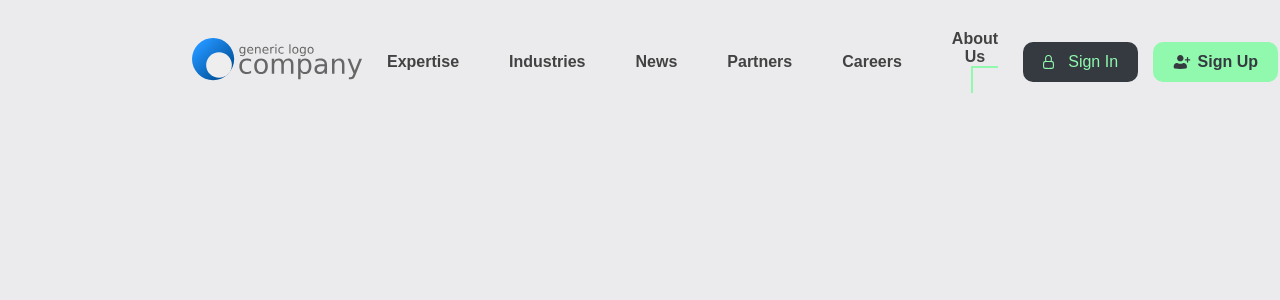
Repository: Andriy-Ma/widgetTask
Page: /
The author's editor kept a copy of each file at every save. The page is drawn from the files as they stood at one save, then again after the next save.
The browser window is 1280 px wide. The pictures show the whole page.
Some web fonts or font styles are not loaded; a fallback is used. The project was rebuilt for these pictures with package versions that can differ from the ones it lists, and the page was loaded fresh each time.

Above is the page before, as saved 2022-08-29 18:10:22.

### public/index.html
<!DOCTYPE html>
<html lang="en">
  <head>
    <meta charset="utf-8" />
    <link rel="icon" href="%PUBLIC_URL%/favicon.ico" />
    <link rel="stylesheet" href="https://use.typekit.net/clw7fgu.css">
    <meta name="viewport" content="width=device-width, initial-scale=1" />
    <meta name="theme-color" content="#000000" />
    <meta
      name="description"
      content="Web site created using create-react-app"
    />
    <link rel="apple-touch-icon" href="%PUBLIC_URL%/logo192.png" />
    <!--
      manifest.json provides metadata used when your web app is installed on a
      user's mobile device or desktop. See https://developers.google.com/web/fundamentals/web-app-manifest/
    -->
    <link rel="manifest" href="%PUBLIC_URL%/manifest.json" />
    <!--
      Notice the use of %PUBLIC_URL% in the tags above.
      It will be replaced with the URL of the `public` folder during the build.
      Only files inside the `public` folder can be referenced from the HTML.

      Unlike "/favicon.ico" or "favicon.ico", "%PUBLIC_URL%/favicon.ico" will
      work correctly both with client-side routing and a non-root public URL.
      Learn how to configure a non-root public URL by running `npm run build`.
    -->
    <title>React App</title>
  </head>
  <body>
    <noscript>You need to enable JavaScript to run this app.</noscript>
    <div id="root"></div>
    <!--
      This HTML file is a template.
      If you open it directly in the browser, you will see an empty page.

      You can add webfonts, meta tags, or analytics to this file.
      The build step will place the bundled scripts into the <body> tag.

      To begin the development, run `npm start` or `yarn start`.
      To create a production bundle, use `npm run build` or `yarn build`.
    -->
  </body>
</html>

### src/index.css
* {
  box-sizing: border-box;
  margin: 0;
  padding: 0;
}
body {
  font-family: 'Poppins', sans-serif;
  background-color: #ebebed;
  -webkit-font-smoothing: antialiased;
  -moz-osx-font-smoothing: grayscale;
}

### src/App.js
import React from 'react';
import styles from './App.module.css';
import Header from './components/Header/header';

function App() {
  return (
    <div className={styles.container}>
      <Header/>
    </div>
  );
}

export default App;

### src/App.module.css
.container {
    display: block;
    align-items: center;
    justify-content: center;
    padding-left: 15%;
    padding-right: 15%;
}

### src/components/Header/header.jsx
import React from 'react';
import Icon from './logo-generic';
import {ReactComponent as Lock} from './lock.svg';
import {ReactComponent as SignUp} from './signup.svg';
import styles from './header.module.css';

function Header() {
  return (
    <div className={styles.header}>
        <div className={styles.logo}>
          <a href="#home">
            <Icon/>
          </a>
        </div>
        <div className={styles.middleOfHeader}>
          <a href="#expertise">Expertise</a>
          <a href="#industries">Industries</a>
          <a href="#news">News</a>
          <a href="#partners">Partners</a>
          <a href="#careers">Careers</a>
          <a href="#aboutus" className={styles.aboutUs}>About Us</a>
        </div>
        <div className={styles.buttonsHeader}>
          <div className={styles.signin}>
            <Lock/>
            <p>Sign In</p>
          </div>
          <div className={styles.signup}>
            <SignUp/>
            <p>Sign Up</p>
          </div>
        </div>
    </div>
  )
}

export default Header;

### src/components/Header/logo-generic.jsx
import React from "react";

function Icon() {
  return (
    <svg
      xmlns="http://www.w3.org/2000/svg"
      version="1.1"
      viewBox="0 0 1425.8 353.74"
    >
      <defs>
        <linearGradient
          id="linearGradient5311"
          x1="-467.57"
          x2="-469.87"
          y1="-68.973"
          y2="488.43"
          gradientUnits="userSpaceOnUse"
        >
          <stop offset="0" stopColor="#2294fe"></stop>
          <stop offset="1" stopColor="#014f96"></stop>
        </linearGradient>
      </defs>
      <g transform="translate(364.43 8.482)">
        <g>
          <g fill="#666" transform="translate(-14.426 -21.336)">
            <path d="M145.49 192.37v19.095c-5.773-3.182-11.583-5.55-17.43-7.105a64.331 64.331 0 00-17.541-2.443c-13.248 0-23.536 4.22-30.863 12.657-7.327 8.363-10.991 20.13-10.991 35.304 0 15.172 3.663 26.977 10.991 35.415 7.327 8.363 17.615 12.545 30.863 12.545 5.92 0 11.768-.778 17.541-2.332 5.847-1.628 11.657-4.033 17.43-7.216v18.873a83.693 83.693 0 01-17.763 5.995c-6.07 1.332-12.545 1.998-19.428 1.998-18.725 0-33.601-5.884-44.629-17.652s-16.542-27.643-16.542-47.627c0-20.279 5.55-36.229 16.653-47.849 11.176-11.62 26.459-17.43 45.85-17.43 6.29 0 12.434.666 18.429 1.999a81.647 81.647 0 0117.43 5.772"></path>
            <path d="M228.98 201.92c-10.954 0-19.613 4.293-25.978 12.878-6.365 8.511-9.548 20.205-9.548 35.082 0 14.876 3.146 26.607 9.437 35.193 6.365 8.511 15.061 12.767 26.089 12.767 10.88 0 19.502-4.293 25.867-12.878 6.365-8.585 9.547-20.279 9.547-35.082 0-14.728-3.182-26.385-9.547-34.971-6.365-8.66-14.987-12.989-25.867-12.989m0-17.319c17.763 0 31.714 5.773 41.854 17.319s15.209 27.532 15.209 47.96c0 20.353-5.07 36.34-15.209 47.96-10.14 11.546-24.091 17.319-41.854 17.319-17.837 0-31.825-5.773-41.965-17.319-10.066-11.62-15.098-27.606-15.098-47.96 0-20.427 5.033-36.414 15.098-47.96 10.14-11.546 24.128-17.319 41.965-17.319"></path>
            <path d="M416.6 211.46c5.107-9.177 11.213-15.949 18.318-20.316 7.105-4.367 15.468-6.55 25.09-6.55 12.952 0 22.943 4.552 29.975 13.655 7.03 9.03 10.546 21.908 10.547 38.634v75.048h-20.538v-74.382c0-11.916-2.11-20.76-6.328-26.533-4.219-5.773-10.658-8.66-19.317-8.66-10.584 0-18.947 3.516-25.09 10.548-6.143 7.03-9.215 16.616-9.214 28.754v70.274h-20.538V237.55c0-11.99-2.11-20.834-6.328-26.533-4.22-5.773-10.732-8.66-19.54-8.66-10.435 0-18.724 3.553-24.867 10.658-6.143 7.031-9.215 16.58-9.215 28.643v70.274h-20.538v-124.34h20.538v19.317c4.663-7.623 10.251-13.248 16.764-16.875 6.513-3.626 14.247-5.44 23.203-5.44 9.03 0 16.69 2.295 22.981 6.883 6.365 4.59 11.065 11.25 14.099 19.983"></path>
            <path d="M560.7 293.28v65.945h-20.538v-171.63H560.7v18.873c4.293-7.401 9.695-12.878 16.209-16.431 6.587-3.627 14.432-5.44 23.536-5.44 15.098 0 27.347 5.995 36.747 17.985 9.473 11.99 14.21 27.755 14.21 47.294 0 19.54-4.737 35.304-14.21 47.294-9.4 11.99-21.649 17.985-36.747 17.985-9.104 0-16.949-1.776-23.536-5.329-6.513-3.626-11.916-9.14-16.209-16.542m69.497-43.408c0-15.024-3.109-26.792-9.326-35.304-6.143-8.585-14.617-12.878-25.423-12.878-10.806 0-19.317 4.293-25.534 12.878-6.143 8.512-9.214 20.28-9.214 35.304 0 15.024 3.071 26.83 9.214 35.415 6.217 8.512 14.728 12.767 25.534 12.767s19.28-4.255 25.423-12.767c6.217-8.585 9.326-20.39 9.326-35.415"></path>
            <path d="M741.77 249.43c-16.505 0-27.94 1.887-34.304 5.662-6.365 3.775-9.548 10.214-9.547 19.317 0 7.253 2.368 13.026 7.105 17.319 4.81 4.219 11.324 6.328 19.539 6.328 11.324 0 20.39-3.997 27.199-11.99 6.883-8.067 10.325-18.762 10.325-32.084v-4.552H741.77m40.744-8.437v70.94h-20.427V293.06c-4.663 7.549-10.473 13.137-17.43 16.764-6.958 3.552-15.47 5.329-25.534 5.329-12.73 0-22.87-3.553-30.42-10.658-7.475-7.18-11.212-16.764-11.212-28.754 0-13.988 4.662-24.535 13.988-31.64 9.4-7.106 23.388-10.658 41.965-10.658h28.643v-1.999c0-9.4-3.109-16.653-9.326-21.759-6.143-5.18-14.802-7.77-25.978-7.77-7.105 0-14.025.85-20.76 2.552-6.735 1.703-13.21 4.256-19.428 7.66v-18.872c7.475-2.887 14.728-5.033 21.76-6.44 7.03-1.48 13.876-2.22 20.537-2.22 17.985 0 31.418 4.663 40.3 13.988 8.88 9.326 13.321 23.462 13.321 42.41"></path>
            <path d="M928.5 236.89v75.048h-20.427v-74.382c0-11.768-2.295-20.575-6.883-26.422-4.589-5.847-11.472-8.77-20.65-8.77-11.027 0-19.723 3.515-26.088 10.547-6.365 7.03-9.548 16.616-9.548 28.754v70.274h-20.538v-124.34h20.538v19.317c4.885-7.476 10.621-13.063 17.208-16.764 6.661-3.7 14.321-5.551 22.981-5.551 14.284 0 25.09 4.44 32.417 13.322 7.327 8.807 10.991 21.797 10.991 38.967"></path>
            <path d="M1021.2 323.48c-5.773 14.802-11.398 24.461-16.875 28.976-5.477 4.515-12.804 6.772-21.981 6.772h-16.32v-17.097h11.99c5.625 0 9.992-1.332 13.1-3.996s6.55-8.956 10.325-18.873l3.664-9.326-50.291-122.34h21.648l38.856 97.252 38.856-97.252h21.648l-54.621 135.89"></path>
          </g>
          <g fill="#666" transform="translate(-416.34 -21.336)">
            <path d="M489.95 115.06c0-6.675-1.385-11.848-4.155-15.519-2.737-3.671-6.592-5.507-11.564-5.507-4.94 0-8.794 1.836-11.564 5.507-2.737 3.671-4.105 8.844-4.105 15.519 0 6.642 1.368 11.798 4.105 15.469 2.77 3.671 6.625 5.507 11.564 5.507 4.973 0 8.827-1.836 11.564-5.507 2.77-3.671 4.155-8.828 4.155-15.469m9.211 21.727c0 9.545-2.119 16.637-6.357 21.276-4.24 4.672-10.73 7.009-19.474 7.009-3.238 0-6.292-.25-9.162-.751a44.69 44.69 0 01-8.36-2.203v-8.961c2.703 1.468 5.373 2.553 8.01 3.254 2.636.7 5.323 1.051 8.06 1.051 6.04 0 10.563-1.585 13.567-4.756 3.004-3.137 4.505-7.893 4.505-14.268v-4.555c-1.902 3.304-4.338 5.774-7.309 7.409-2.97 1.635-6.524 2.453-10.663 2.453-6.875 0-12.415-2.62-16.62-7.86-4.206-5.24-6.308-12.182-6.308-20.826 0-8.677 2.102-15.636 6.307-20.876 4.206-5.24 9.746-7.86 16.621-7.86 4.139 0 7.693.818 10.663 2.454 2.97 1.635 5.407 4.105 7.31 7.409v-8.51h9.21v49.11"></path>
            <path d="M566.09 113.41v4.506h-42.352c.4 6.34 2.303 11.18 5.707 14.518 3.438 3.304 8.21 4.956 14.318 4.956 3.538 0 6.959-.434 10.263-1.302 3.337-.868 6.642-2.17 9.912-3.905v8.711a55.24 55.24 0 01-10.163 3.204 50.9 50.9 0 01-10.563 1.102c-8.944 0-16.037-2.604-21.276-7.81-5.206-5.207-7.81-12.248-7.81-21.126 0-9.178 2.47-16.454 7.41-21.827 4.973-5.407 11.664-8.11 20.075-8.11 7.542 0 13.5 2.436 17.872 7.309 4.405 4.84 6.608 11.43 6.608 19.774m-9.211-2.703c-.067-5.04-1.486-9.062-4.256-12.065-2.736-3.004-6.374-4.506-10.914-4.506-5.14 0-9.261 1.452-12.365 4.355-3.07 2.904-4.839 6.992-5.306 12.265l32.84-.05"></path>
            <path d="M627.62 109.9v33.842h-9.211v-33.541c0-5.306-1.035-9.278-3.104-11.915-2.07-2.636-5.173-3.955-9.312-3.955-4.973 0-8.894 1.585-11.765 4.756-2.87 3.17-4.305 7.493-4.305 12.966v31.689h-9.261V87.673h9.261v8.71c2.203-3.37 4.79-5.89 7.76-7.558 3.003-1.67 6.458-2.503 10.363-2.504 6.44 0 11.314 2.003 14.618 6.008 3.304 3.971 4.956 9.829 4.956 17.572"></path>
            <path d="M694.05 113.41v4.506h-42.352c.4 6.34 2.303 11.18 5.707 14.518 3.438 3.304 8.21 4.956 14.318 4.956 3.538 0 6.959-.434 10.263-1.302 3.337-.868 6.642-2.17 9.912-3.905v8.711a55.24 55.24 0 01-10.163 3.204 50.9 50.9 0 01-10.563 1.102c-8.944 0-16.037-2.604-21.276-7.81-5.206-5.207-7.81-12.248-7.81-21.126 0-9.178 2.47-16.454 7.41-21.827 4.973-5.407 11.664-8.11 20.075-8.11 7.543 0 13.5 2.436 17.872 7.309 4.405 4.84 6.608 11.43 6.608 19.774m-9.211-2.703c-.067-5.04-1.486-9.062-4.256-12.065-2.736-3.004-6.374-4.506-10.913-4.506-5.14 0-9.261 1.452-12.365 4.355-3.07 2.904-4.839 6.992-5.306 12.265l32.84-.05"></path>
            <path d="M741.46 96.286a11.624 11.624 0 00-3.404-1.302c-1.202-.3-2.537-.45-4.005-.45-5.207 0-9.212 1.702-12.015 5.106-2.77 3.371-4.155 8.227-4.155 14.568v29.537h-9.262V87.676h9.262v8.71c1.935-3.403 4.455-5.923 7.56-7.558 3.103-1.67 6.874-2.503 11.313-2.503.634 0 1.335.05 2.103.15.767.067 1.618.183 2.553.35l.05 9.462"></path>
            <path d="M751.22 87.676h9.211v56.069h-9.211V87.676m0-21.827h9.211v11.664h-9.211V65.849"></path>
            <path d="M820.01 89.828v8.61c-2.603-1.434-5.223-2.502-7.86-3.203a29.012 29.012 0 00-7.91-1.102c-5.974 0-10.613 1.903-13.917 5.707-3.304 3.772-4.956 9.078-4.956 15.92 0 6.842 1.652 12.165 4.957 15.97 3.304 3.772 7.943 5.657 13.917 5.657 2.67 0 5.306-.35 7.91-1.051 2.636-.734 5.256-1.819 7.859-3.254v8.51a37.736 37.736 0 01-8.01 2.704c-2.737.6-5.657.9-8.76.9-8.445 0-15.153-2.652-20.126-7.959-4.973-5.306-7.459-12.465-7.459-21.477 0-9.144 2.503-16.337 7.51-21.577 5.039-5.24 11.93-7.86 20.675-7.86 2.837 0 5.607.3 8.31.902a36.82 36.82 0 017.86 2.603"></path>
            <path d="M868.57 65.849h9.211v77.896h-9.211V65.849"></path>
            <path d="M918.73 94.134c-4.94 0-8.844 1.936-11.714 5.807-2.87 3.838-4.305 9.111-4.305 15.82s1.418 11.998 4.255 15.87c2.87 3.838 6.792 5.757 11.765 5.757 4.906 0 8.794-1.935 11.664-5.807 2.87-3.871 4.305-9.144 4.305-15.82 0-6.641-1.435-11.898-4.305-15.769-2.87-3.905-6.758-5.857-11.664-5.857m0-7.81c8.01 0 14.301 2.604 18.873 7.81 4.572 5.206 6.858 12.415 6.859 21.627 0 9.178-2.287 16.387-6.859 21.627-4.572 5.206-10.863 7.81-18.873 7.81-8.043 0-14.351-2.604-18.923-7.81-4.539-5.24-6.808-12.45-6.808-21.627 0-9.211 2.27-16.42 6.808-21.627 4.572-5.206 10.88-7.81 18.923-7.81"></path>
            <path d="M996.58 115.06c0-6.675-1.385-11.848-4.155-15.519-2.737-3.671-6.592-5.507-11.564-5.507-4.94 0-8.794 1.836-11.564 5.507-2.737 3.671-4.105 8.844-4.105 15.519 0 6.642 1.368 11.798 4.105 15.469 2.77 3.671 6.625 5.507 11.564 5.507 4.973 0 8.828-1.836 11.564-5.507 2.77-3.671 4.155-8.828 4.155-15.469m9.211 21.727c0 9.545-2.119 16.637-6.357 21.276-4.24 4.672-10.73 7.009-19.474 7.009-3.238 0-6.292-.25-9.162-.751a44.69 44.69 0 01-8.36-2.203v-8.961c2.703 1.468 5.373 2.553 8.01 3.254 2.636.7 5.323 1.051 8.06 1.051 6.04 0 10.563-1.585 13.567-4.756 3.003-3.137 4.505-7.893 4.505-14.268v-4.555c-1.902 3.304-4.338 5.774-7.309 7.409-2.97 1.635-6.524 2.453-10.663 2.453-6.875 0-12.415-2.62-16.62-7.86-4.206-5.24-6.308-12.182-6.308-20.826 0-8.677 2.102-15.636 6.307-20.876 4.206-5.24 9.746-7.86 16.621-7.86 4.139 0 7.693.818 10.663 2.454 2.97 1.635 5.407 4.105 7.31 7.409v-8.51h9.21v49.11"></path>
            <path d="M1046.5 94.134c-4.94 0-8.844 1.936-11.714 5.807-2.87 3.838-4.305 9.111-4.305 15.82s1.418 11.998 4.255 15.87c2.87 3.838 6.792 5.757 11.765 5.757 4.906 0 8.794-1.935 11.664-5.807 2.87-3.871 4.305-9.144 4.305-15.82 0-6.641-1.435-11.898-4.305-15.769-2.87-3.905-6.758-5.857-11.664-5.857m0-7.81c8.01 0 14.3 2.604 18.873 7.81 4.572 5.206 6.858 12.415 6.858 21.627 0 9.178-2.286 16.387-6.858 21.627-4.572 5.206-10.864 7.81-18.873 7.81-8.043 0-14.351-2.604-18.924-7.81-4.539-5.24-6.808-12.45-6.808-21.627 0-9.211 2.269-16.42 6.808-21.627 4.572-5.206 10.88-7.81 18.924-7.81"></path>
          </g>
          <g transform="rotate(-45 269.773 885.347) scale(.61927)">
            <path
              fill="url(#linearGradient5311)"
              d="M-184.26 202.82c0 157.74-127.87 285.61-285.61 285.61s-285.61-127.87-285.61-285.61S-627.61-82.79-469.87-82.79s285.61 127.87 285.61 285.61z"
              transform="translate(1202 -114.01)"
            ></path>
            <path
              fill="#eee"
              d="M-184.26 202.82c0 157.74-127.87 285.61-285.61 285.61s-285.61-127.87-285.61-285.61S-627.61-82.79-469.87-82.79s285.61 127.87 285.61 285.61z"
              transform="translate(1018.2 79.03) scale(.60887)"
            ></path>
          </g>
        </g>
      </g>
    </svg>
  );
}

export default Icon;

### src/components/Header/header.module.css
.logo {
    display: block;
    min-width: 170px;
}
.header {
    display: flex;
    justify-content: space-between;
    align-items: center;
    padding-top: 30px;
    min-width: 1000px;
}
.middleOfHeader {
    display: flex;
    justify-content: space-between;
    align-items: center;
    text-decoration: none;
}
.middleOfHeader a {
    display: block;
    color: #424242;
    text-align: center;
    padding: 0px 25px;
    text-decoration: none;
    font-size: 16px;
    font-weight: 600;
}
.aboutUs::after{
    content: '';
    border-left: 2px solid #90F9AD;
  border-top: 2px solid #90F9AD;
  width: 25px;
  height: 25px;
  float: right;

}
.buttonsHeader {
    display: flex;
    justify-content: space-between;
    align-items: center;
}
.buttonsHeader:hover {
    cursor: pointer;
}
.signin {
    display: flex;
    justify-content: space-between;
    align-items: center;
    color: #90F9AD;
    background-color: #343A40;
    font-weight: 500;
    padding: 0px 20px;
    border-radius: 10px;
    width: 115px;
    height: 40px;
    margin-right: 15px;
}
.signup {
    display: flex;
    justify-content: space-between;
    align-items: center;
    color: #343A40;
    background-color: #90F9AD;
    font-weight: 600;
    padding: 0px 20px;
    border-radius: 10px;
    width: 125px;
    height: 40px;
}

Loaded but not shown: src/index.js (common file)

After the next save:
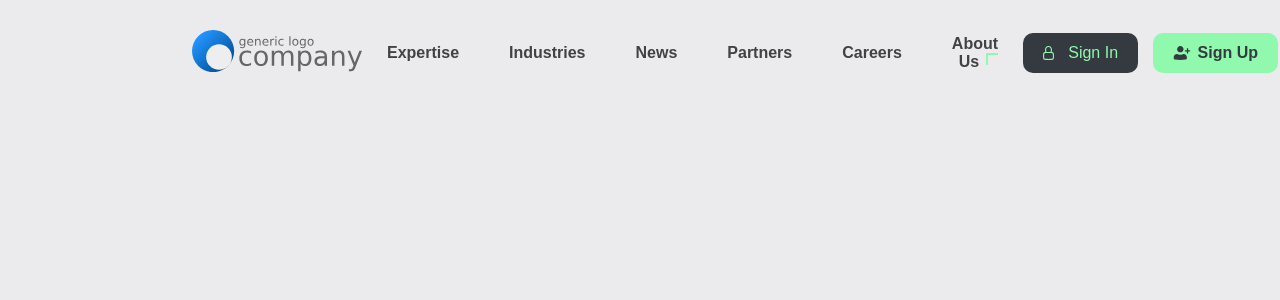
Saved 12 s later.
--- a/src/components/Header/header.module.css
+++ b/src/components/Header/header.module.css
@@ -28,8 +28,8 @@
     content: '';
     border-left: 2px solid #90F9AD;
   border-top: 2px solid #90F9AD;
-  width: 25px;
-  height: 25px;
+  width: 10px;
+  height: 10px;
   float: right;
 
 }
